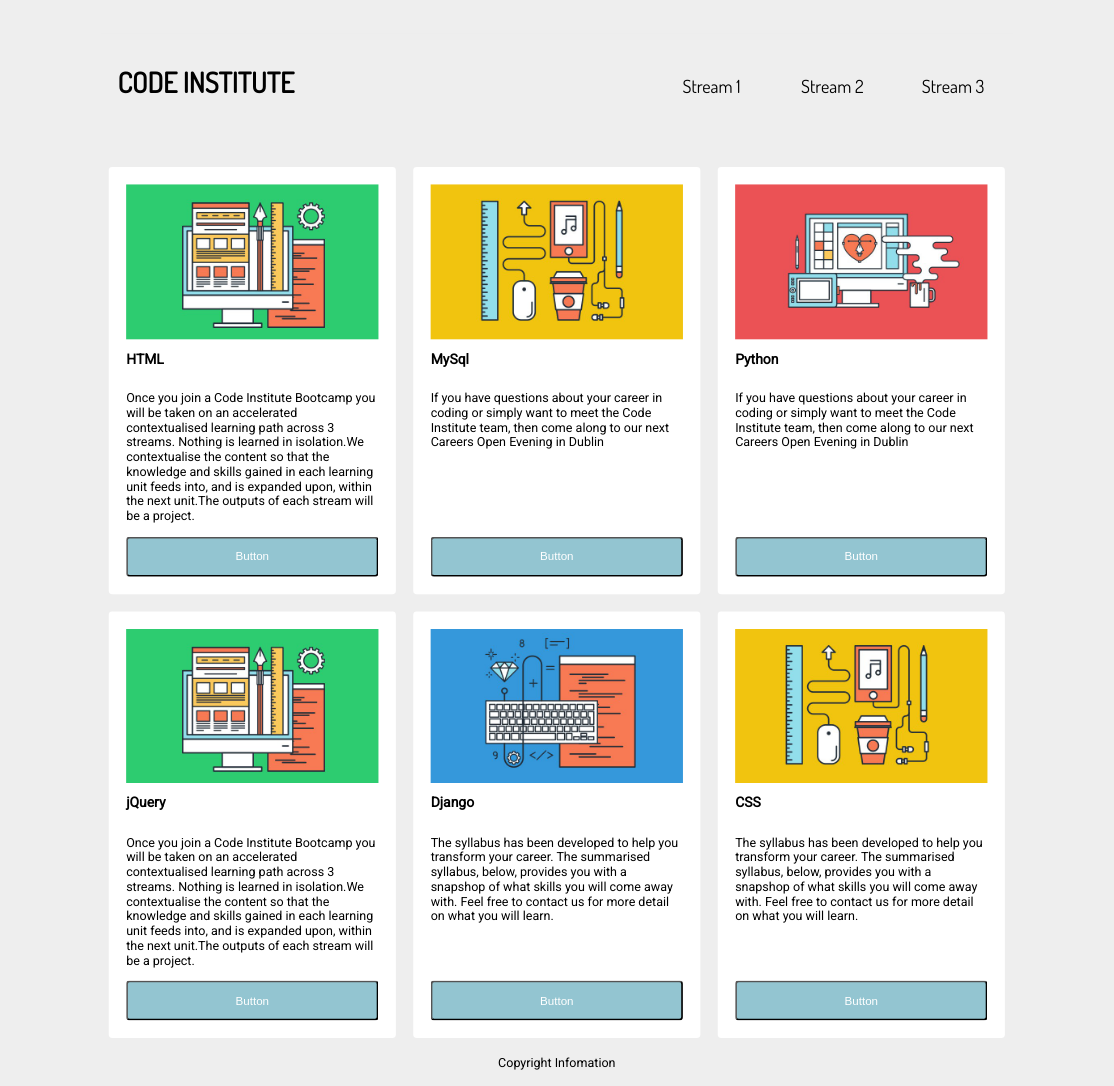
Repository: LivHed/jquery-events
Page: Cards-jquery.html
The author's editor kept a record of every edit. The page is drawn from the files as they stood at one moment, then again after the next edit.
The browser window is 1280 px wide. The pictures show the whole page, at 87% of full size.
After loading, the first visible `#effect_button4` was clicked once.
Some web libraries are served in a nearby version.

Above is the page before.

### Cards-jquery.html
<!doctype html>
<html>
<head>
	<meta charset="utf-8" />
	<meta name="viewport" content="width=device-width, initial-scale=1">
	<title>jQuery</title>
	<link href="css/style.css" rel="stylesheet">
	<link href='https://fonts.googleapis.com/css?family=Roboto' rel='stylesheet' type='text/css'>
	<link href='https://fonts.googleapis.com/css?family=Dosis' rel='stylesheet' type='text/css'>
</head>
<body>
	<div id="container">
		<nav>
			<ul>
				<li id="logoNav">CODE INSTITUTE</li>
				<li id="stream1_btn">Stream 1</li>
				<li id="stream2_btn">Stream 2</li>
				<li id="stream3_btn">Stream 3</li>
			</ul>
		</nav>
		<div class="card stream1">
			<img class="card_image"src="img/3.png">
			<div class="card_bottom">
				<h2 id="hr_html"class="card_head" >HTML</h2>
				<p class="card_para" id="paragraph1">Once you join a Code Institute Bootcamp you will be taken on an accelerated contextualised learning path across 3 streams. Nothing is learned in isolation.We contextualise the content so that the knowledge and skills gained in each learning unit feeds into, and is expanded upon, within the next unit.The outputs of each stream will be a project.
				</p>
				<button class="bottom_button" id="effect_button1">Button</button>
			</div>
		</div>
		<div class="card stream3">
			<img class="card_image "src="img/1.png">
			<h2  id="hr_mysql"class="card_head">MySql</h2>
			<p class="card_para" id="paragraph2">If you have questions about your career in coding or simply want to meet the Code Institute team, then come along to our next Careers Open Evening in Dublin</p>
			<button class="bottom_button" id="effect_button2">Button</button>
		</div>

		<div class="card stream2">
			<img class="card_image "src="img/2.png">
			<h2 id="hr_python" class="card_head">Python</h2>
			<p class="card_para" id="paragraph3">If you have questions about your career in coding or simply want to meet the Code Institute team, then come along to our next Careers Open Evening in Dublin</p>
			<button class="bottom_button" id="effect_button3">Button</button>
		</div>
		<div class="card stream1">
			<img class="card_image"src="img/3.png">
			<div class="card_bottom">
				<h2 id="hr_jquery" class="card_head">jQuery</h2>
				<p class="card_para" id="paragraph4">Once you join a Code Institute Bootcamp you will be taken on an accelerated contextualised learning path across 3 streams. Nothing is learned in isolation.We contextualise the content so that the knowledge and skills gained in each learning unit feeds into, and is expanded upon, within the next unit.The outputs of each stream will be a project. </p>
				<button class="bottom_button" id="effect_button4">Button</button>
			</div>
		</div>
		<div class="card stream3">
			<img class="card_image"src="img/4.png">
			<h2 id="hr_django" class="card_head">Django</h2>
			<p class="card_para" id="paragraph5">The syllabus has been developed to help you transform your career. The summarised syllabus, below, provides you with a snapshop of what skills you will come away with. Feel free to contact us for more detail on what you will learn.</p>
			<button class="bottom_button" id="effect_button5">Button</button>
		</div>
		<div class="card stream1">
			<img class="card_image"src="img/1.png">
			<h2 id="hr_css"class="card_head">CSS</h2>
			<p class="card_para" id="paragraph6">The syllabus has been developed to help you transform your career. The summarised syllabus, below, provides you with a snapshop of what skills you will come away with. Feel free to contact us for more detail on what you will learn.</p>
			<button class="bottom_button" id="effect_button6">Button</button>
		</div>
		<div id="my_footer">
			<p id="copyright">Copyright Infomation</p>
		</div>
	</div>
	<script
	src="https://code.jquery.com/jquery-3.2.1.js"
	integrity="sha256-DZAnKJ/6XZ9si04Hgrsxu/8s717jcIzLy3oi35EouyE="
	crossorigin="anonymous"></script>

	<script src="script.js"></script> <!-- Scripts located at the bottom of the body to insure page is fully loaded before execution -->

</body>
</html>

### style.css
body{
	font-family: 'Roboto', sans-serif;
	/*background-image: url(img/code-institute.jpg);
 	background-size: cover;
 	color: #ffffff;*/
 	background-color: #eee;
}

h1{
	font-size: 3em;
	text-align: center;
}
h2{
	font-size: 1em;
	text-align: left;
}
p{
	font-size: .9rem;
}

div{
	border-radius: 4px;
}

.card_image{
	width: 100%;
}
.bottom_button{
	display: flex;
	box-sizing:border-box;
	border-radius: 4px;
	display: block;
	width: 100%;
	background-color:rgba(129, 187, 201,.85);
	text-align: center;
	padding: 1em .75em;
	text-decoration: none;
	color: #fff;

}

.card_bottom{
	display: flex;
	flex-flow:column;
}
.card_head{
	flex:0;
}
.card_para{
	flex:1 0 auto;
}

#container
{
	display: flex;		/* makes container a flexbox*/
	flex-flow: row wrap; 	/* layout the boxes in rows and wrap them*/
	box-sizing:border-box;
	margin-right:auto;
	margin-left:auto;
	max-width:1050px;
}
#logo{
	width: 800px;
	margin: auto;
}

.card{
	flex:1; /* */
	display: flex;	/* make the contents controllable by flexbox*/
	flex-flow:column;	/* */
	min-width: 240px; /**/
	margin: 10px;
	padding: 20px;
	background-color: #fff;
}
.highlight_stream{
	background-color: #EB5255;
}

#my_footer{
	width:100%;
	text-align: center;
}
#copyright{
	margin-top:10px;
	margin-bottom:10px;

}

/*************************
Navigation

**************************/

nav{
	font-family: roboto;
	background-color: #eee;
	margin: 30px auto;
	width: 100%;
}
ul{
	display: flex;
	justify-content:space-between;
	flex-flow: row;
	/*flex-flow: row-reverse;*/
	/*justify-content:flex-end;*/
	/*justify-content:space-around;*/
	/*align-items:flex-start;*/
	align-items:baseline;
	border-radius: 10px;
	list-style-type: none; /*Remove Bullets*/
	padding: 0;
}
li{
	flex:1;
	height: 30px;
	/*width:10%;*/
	/*border:2px solid #000;*/
	/*background-color: #81BBC9;*/
	/*border-radius: 10px;*/
	font-family: Dosis;
	padding:20px 20px 20px 20px;
	text-align: center;
	font-size: 1.3em;
}

#logoNav{
	flex:6;
	text-align: left;
	font-size: 2em;
	font-weight: bold;
}

.underline{
  text-decoration:underline;
}
.border{
  border: solid 5px #ccc;
}


@media screen and (max-width: 700px){
	ul{
		flex-flow: column;
		align-items:center;
	}
	li{
		font-size: 2em;
	}
}

### script.js
//waits until page is loaded first
$(document).ready(function(){

    //applies colour red to paragraphs when clicked on
    $("p").click(function(){
        $("p").addClass("highlight_text");
    });

    //will add lightblue to h2 elements
    $("h2").hover(function(){
        $("h2").addClass( "h2_color");
    });


    $("#effect_button1").on("click", function() {
 		$("#paragraph1").toggle(1000);
   });
    $("#effect_button2").click(function(){
        $('#paragraph2').toggle('1000');
    });
    $("#effect_button3").click(function(){
        $('#paragraph3').toggle('1000');
    });
    $("#effect_button4").click(function(){
        $('#par4').toggle('1000');
    });
    $("#effect_button5").click(function(){
        $('#par5').toggle('1000');
    });
    $("#effect_button6").click(function(){
        $('#par6').toggle('1000');
    });


    /*
    this will apply larger font size to the active h2 element
    by adding the h2_font_size class but
    not the other h2 elements by removing class h2_font_size from them
    */
    $("#hr_html").hover(function(){
        $("#hr_mysql").removeClass("h2_font_size");
        $("#hr_python").removeClass("h2_font_size");
        $("#hr_jquery").removeClass("h2_font_size");
        $("#hr_django").removeClass("h2_font_size");
        $("#hr_css").removeClass("h2_font_size");
        $("#hr_mysql").removeClass("h2_font_size");
        $("#hr_html").addClass("h2_font_size");
    });

    $("#hr_mysql").hover(function(){
        $("#hr_python").removeClass("h2_font_size");
        $("#hr_jquery").removeClass("h2_font_size");
        $("#hr_django").removeClass("h2_font_size");
        $("#hr_css").removeClass("h2_font_size");
        $("#hr_html").removeClass("h2_font_size");
        $("#hr_mysql").addClass("h2_font_size");
    });

    $("#hr_python").hover(function(){
        $("#hr_mysql").removeClass("h2_font_size");
        $("#hr_jquery").removeClass("h2_font_size");
        $("#hr_django").removeClass("h2_font_size");
        $("#hr_css").removeClass("h2_font_size");
        $("#hr_html").removeClass("h2_font_size");
        $("#hr_python").addClass("h2_font_size");
    });

    $("#hr_jquery").hover(function(){
        $("#hr_mysql").removeClass("h2_font_size");
        $("#hr_python").removeClass("h2_font_size");
        $("#hr_django").removeClass("h2_font_size");
        $("#hr_css").removeClass("h2_font_size");
        $("#hr_html").removeClass("h2_font_size");
        $("#hr_jquery").addClass("h2_font_size");
    });

    $("#hr_django").hover(function(){
        $("#hr_mysql").removeClass("h2_font_size");
        $("#hr_python").removeClass("h2_font_size");
        $("#hr_jquery").removeClass("h2_font_size");
        $("#hr_css").removeClass("h2_font_size");
        $("#hr_html").removeClass("h2_font_size");
        $("#hr_django").addClass("h2_font_size");
    });

    $("#hr_css").hover(function(){
        $("#hr_mysql").removeClass("h2_font_size");
        $("#hr_python").removeClass("h2_font_size");
        $("#hr_jquery").removeClass("h2_font_size");
        $("#hr_django").removeClass("h2_font_size");
        $("#hr_html").removeClass("h2_font_size");
        $("#hr_css").addClass("h2_font_size");
    });

    //applies colour black to body background when mouse enters over buttons
    $(".bottom_button").mouseenter(function(){
        $("body").css( "background-color", "black");
    });

    //applies colour grey to body background when mouse leaves buttons
    $(".bottom_button").mouseleave(function(){
        $("body").css( "background-color", "#eee");
    });
});

After the next edit:
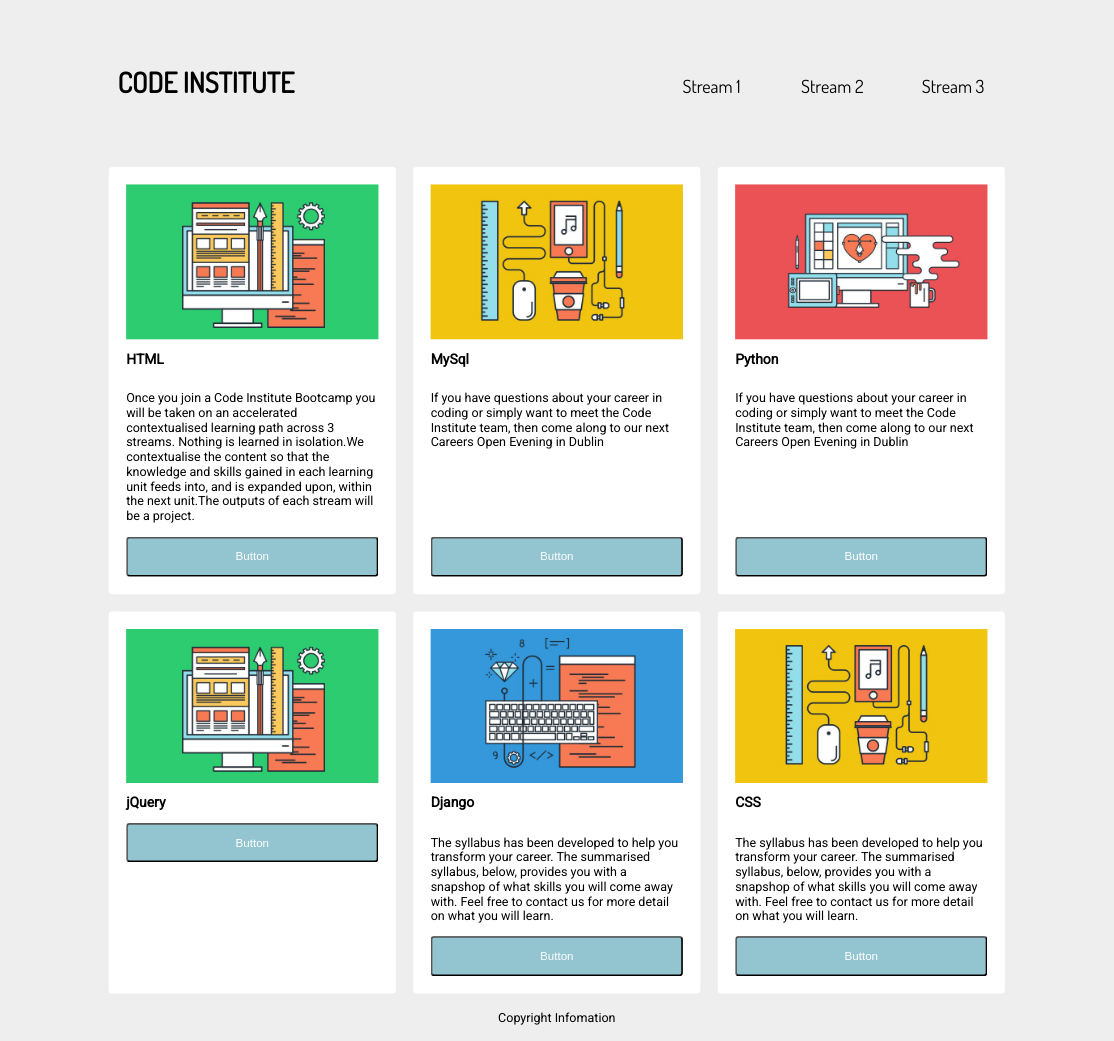
The edit:
--- a/script.js
+++ b/script.js
@@ -22,7 +22,7 @@
         $('#paragraph3').toggle('1000');
     });
     $("#effect_button4").click(function(){
-        $('#par4').toggle('1000');
+        $('#paragraph4').toggle('1000');
     });
     $("#effect_button5").click(function(){
         $('#par5').toggle('1000');
